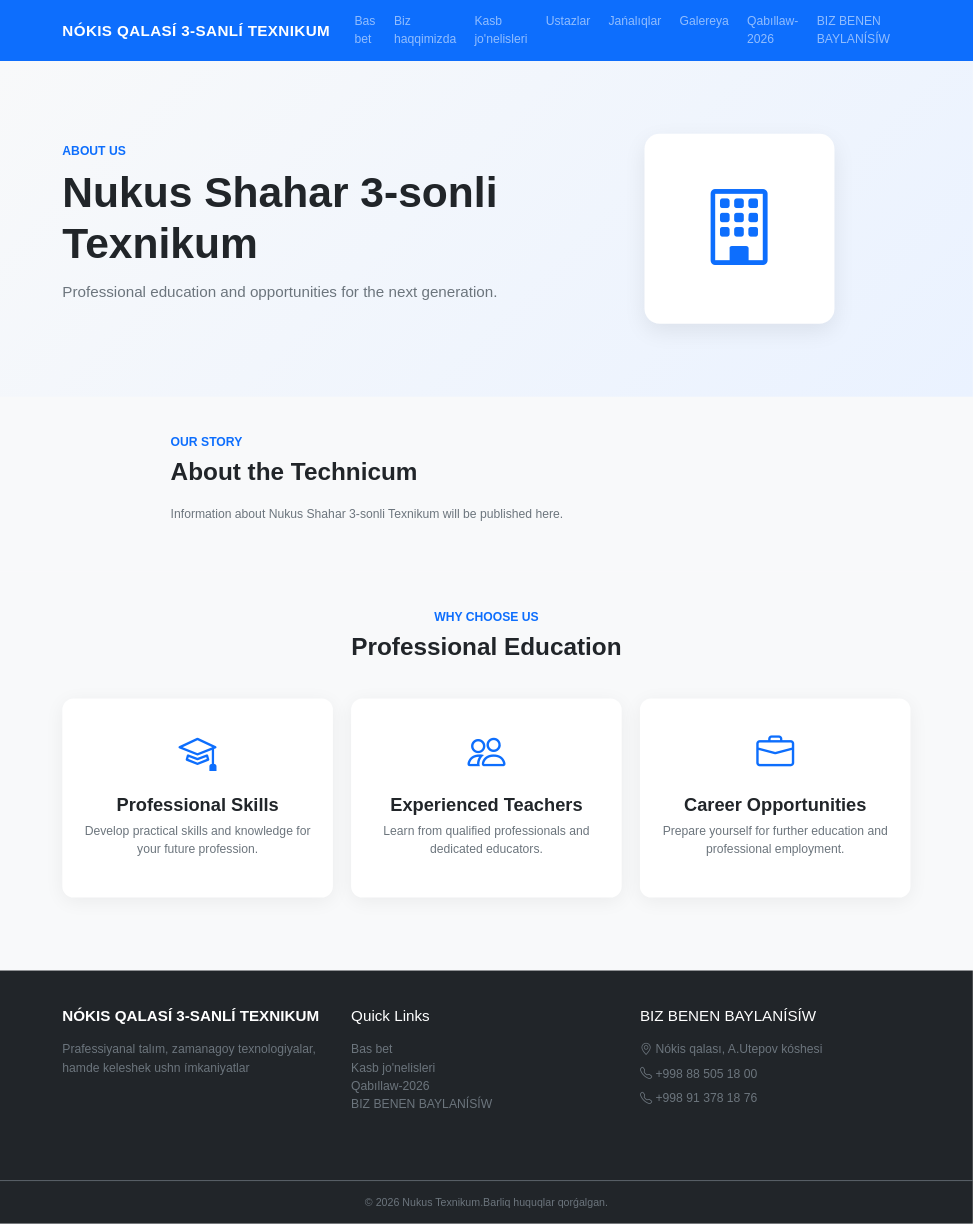
Repository: Neptunescorp/nukus_technicum
Page: core/templates/core/about.html
The author's editor kept a copy of each file at every save. The page is drawn from the files as they stood at one save, then again after the next save.
The browser window is 1280 px wide. The pictures show the whole page, at 76% of full size.
The page is served by the project's application, run on Django 5.2 (manage.py). The template is opened directly, without the code that normally fills it, so the values that code supplies are empty.

Above is the page before, as saved 2026-08-18 12:04:44.

After the next save:
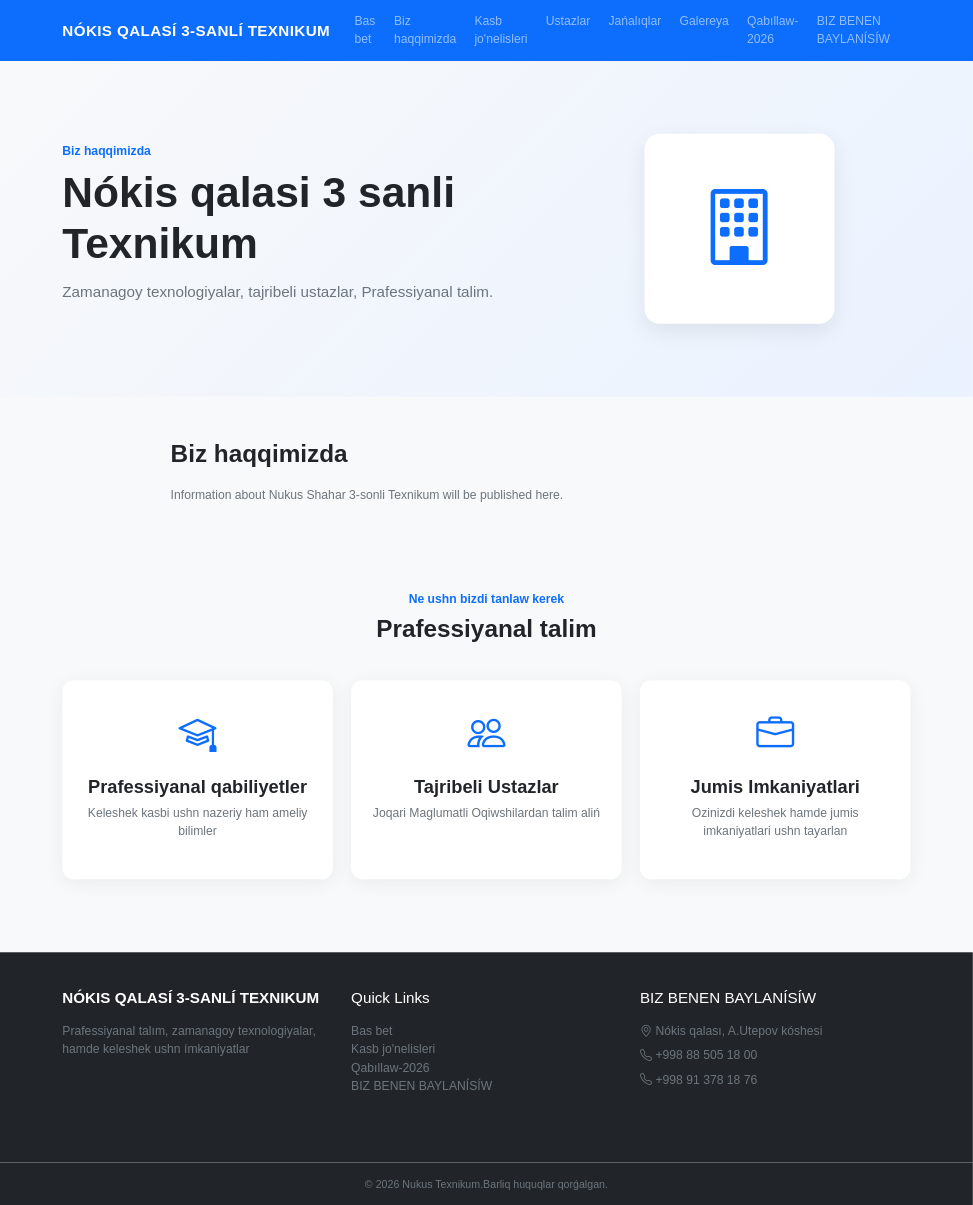
Saved 40 min 44 s later.
--- a/core/templates/core/about.html
+++ b/core/templates/core/about.html
@@ -15,11 +15,11 @@ About Us | Nukus Shahar 3-sonli Texnikum
             <div class="col-lg-7">
 
                 <span class="text-primary fw-semibold">
-                    ABOUT US
+                    Biz haqqimizda
                 </span>
 
                 <h1 class="display-4 fw-bold mt-2">
-                    Nukus Shahar 3-sonli Texnikum
+                    Nókis qalasi 3 sanli Texnikum
                 </h1>
 
                 {% if information and information.short_description %}
@@ -31,8 +31,7 @@ About Us | Nukus Shahar 3-sonli Texnikum
                 {% else %}
 
                 <p class="lead text-secondary mt-3">
-                    Professional education and opportunities
-                    for the next generation.
+                    Zamanagoy texnologiyalar, tajribeli ustazlar, Prafessiyanal talim.
                 </p>
 
                 {% endif %}
@@ -76,12 +75,8 @@ About Us | Nukus Shahar 3-sonli Texnikum
 
             <div class="col-lg-9">
 
-                <span class="text-primary fw-semibold">
-                    OUR STORY
-                </span>
-
                 <h2 class="fw-bold mt-2 mb-4">
-                    About the Technicum
+                    Biz haqqimizda
                 </h2>
 
                 {% if information and information.about %}
@@ -115,11 +110,11 @@ About Us | Nukus Shahar 3-sonli Texnikum
         <div class="text-center mb-5">
 
             <span class="text-primary fw-semibold">
-                WHY CHOOSE US
+                Ne ushn bizdi tanlaw kerek
             </span>
 
             <h2 class="fw-bold mt-2">
-                Professional Education
+                Prafessiyanal talim
             </h2>
 
         </div>
@@ -133,12 +128,11 @@ About Us | Nukus Shahar 3-sonli Texnikum
                     <i class="bi bi-mortarboard"></i>
 
                     <h4 class="fw-bold mt-3">
-                        Professional Skills
+                        Prafessiyanal qabiliyetler
                     </h4>
 
                     <p class="text-secondary">
-                        Develop practical skills and knowledge
-                        for your future profession.
+                        Keleshek kasbi ushn nazeriy ham ameliy bilimler
                     </p>
 
                 </div>
@@ -153,12 +147,11 @@ About Us | Nukus Shahar 3-sonli Texnikum
                     <i class="bi bi-people"></i>
 
                     <h4 class="fw-bold mt-3">
-                        Experienced Teachers
+                        Tajribeli Ustazlar
                     </h4>
 
                     <p class="text-secondary">
-                        Learn from qualified professionals
-                        and dedicated educators.
+                        Joqari Maglumatli Oqiwshilardan talim aliń
                     </p>
 
                 </div>
@@ -173,12 +166,11 @@ About Us | Nukus Shahar 3-sonli Texnikum
                     <i class="bi bi-briefcase"></i>
 
                     <h4 class="fw-bold mt-3">
-                        Career Opportunities
+                        Jumis Imkaniyatlari
                     </h4>
 
                     <p class="text-secondary">
-                        Prepare yourself for further education
-                        and professional employment.
+                        Ozinizdi keleshek hamde jumis imkaniyatlari ushn tayarlan
                     </p>
 
                 </div>
